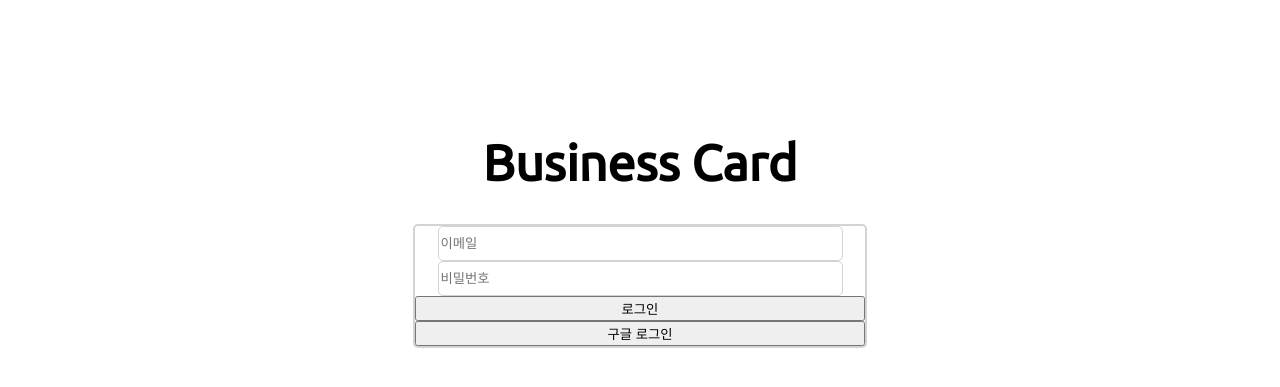
Repository: momo0170/react_businesscard
Page: /login
An editor plug-in stored every save of this project. The page is shown before and after the next save, followed by the edit.
The browser window is 1280 px wide. The pictures show the whole page.
The page's requests for data from a server got no answer. The project was rebuilt for these pictures with package versions that can differ from the ones it lists, and the page was loaded fresh each time. No one was signed in, and anything a server would have sent is missing.

Above is the page before, as saved 2022-08-10 23:04:22.

After the next save:
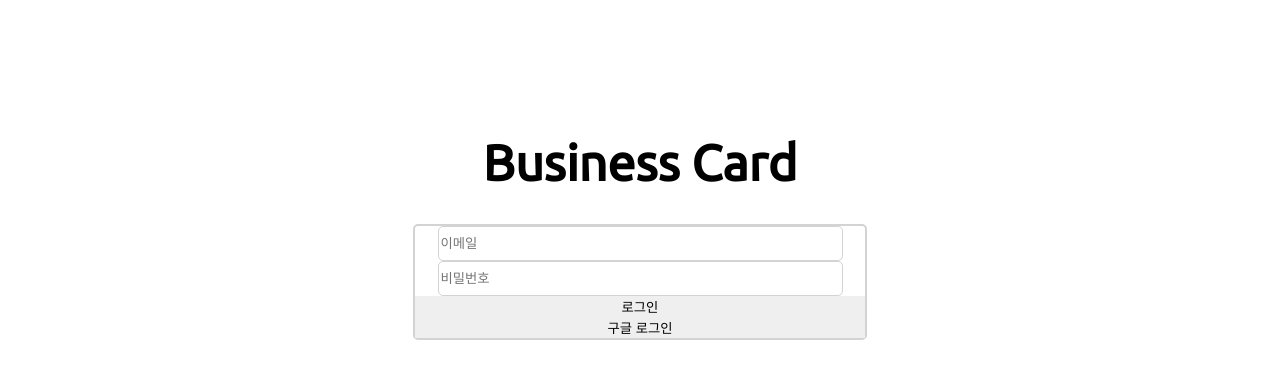
Saved 49 s later.
--- a/src/css/login.module.css
+++ b/src/css/login.module.css
@@ -47,3 +47,8 @@ inputId:focus,
   display: flex;
   flex-direction: column;
 }
+
+.login button {
+  border: 0;
+  outline: 0;
+}
